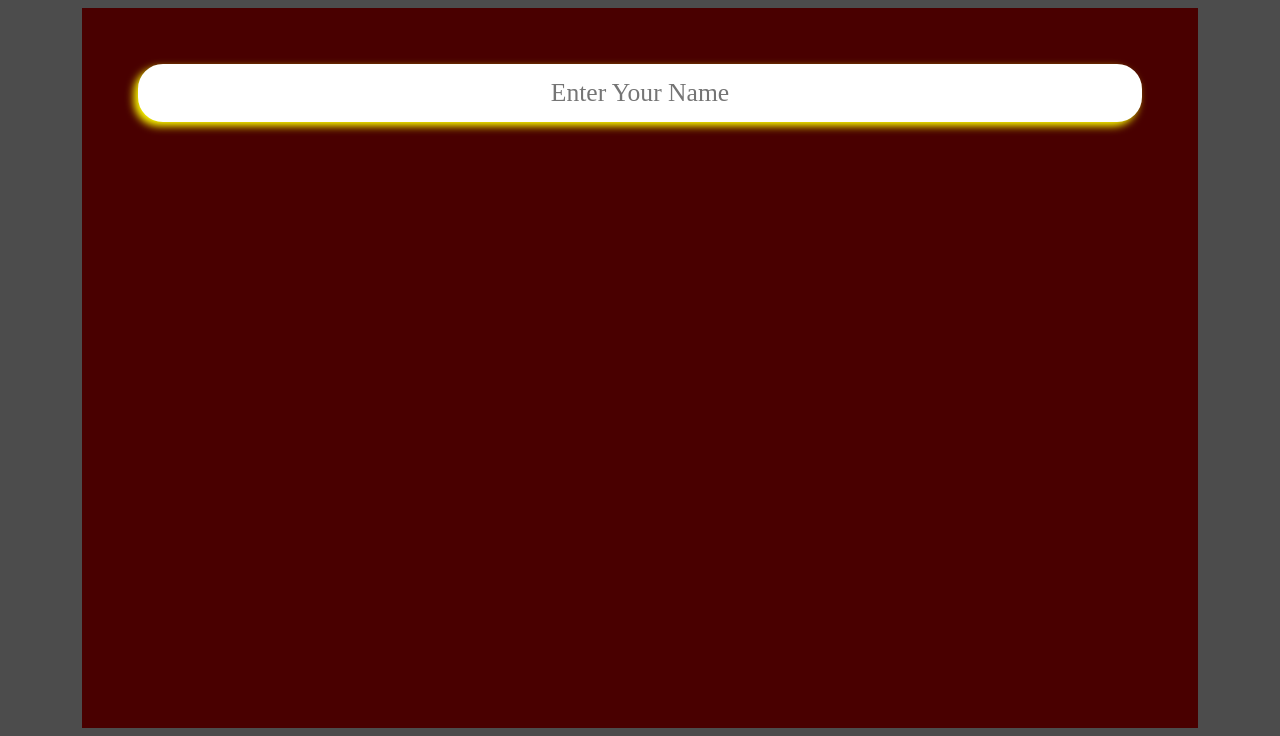
Repository: Haneef-Shaik/Greetings
Page: /
The author's editor kept a copy of each file at every save. The page is drawn from the files as they stood at one save, then again after the next save.
The browser window is 1280 px wide. The pictures show the whole page.
The project was rebuilt for these pictures with package versions that can differ from the ones it lists, and the page was loaded fresh each time. The framework's server and built-in components were replaced by stand-ins that run in the browser. Also part of the build but not shown: next.config.js, styles/card.module.scss, components/card.js, styles/socialShare.module.scss, components/socialShare.js.

Above is the page before, as saved 2021-12-01 20:12:46.

### pages/_app.js
import '../styles/globals.css'
import 'bootstrap/dist/css/bootstrap.css'


function MyApp({ Component, pageProps }) {
  return <Component {...pageProps} />
}

export default MyApp

### pages/index.js
import Card from "../components/card.js";
import {useRouter} from 'next/router';
import Ss from "../components/socialShare"
import InpFrm from "../components/form"

export default function Home() {
  const {query} = useRouter();
  const myurls='https://gratefulprayerthankfulheart.com/wp-content/uploads/2014/12/aquawhitechristmastreegreeting.jpg';

  if(query.length > 0)
  {

    if(query.greeting)
    {
      return (
        <>
          <Card event={query.event} image={query.bgImg} name={query.name} greeting={query.greeting}  />
        </>
          )
    }
    else
    {
      return (
        <>
          <Card event={query.event} image={query.bgImg} name={query.name}  />
        </>
          )
    }

  }
  else
  {
    return (
        <>
          <InpFrm />
        </>
        )
  }
    // return (
    //   <>
        {/* <Card event='Event' image={myurls} name='Name' color='red' greeting="Lorem Ipsum is simply dummy text of the printing and typesetting industry. Lorem Ipsum has been thing software like Aldus PageMaker including versions of Lorem Ipsum."  /> */}
        {/* <Ss mylink="localhost:3000/name=haneef&event=christmas" /> */}
    {/*     <Ss mylink="localhost:3000/name=haneef&event=christmasW&sddsajnodsoduaibdadbksa" /> */}
    //   </>
    //     )

}

### components/form.js
/* eslint-disable no-undef */
import React, {useState,useRef} from 'react'

import 'bootstrap/dist/css/bootstrap.min.css';
import styles from '../styles/form.module.scss';
import IMAGE from 'next/image'


function Edit() {
    return (
        <div className="container-fluid p-2 "  style={{backgroundColor:'#4C4C4C'} }>
            <div className="container">
                <div className="row">
                    <div className="col-12">
                        <div className={styles.formContainer} >
                            <form>
                                <input type="text" placeholder="Enter Your Name" className="col-12 inpName" />
                            </form>
                        </div>
                    </div>
                </div>
            </div>
        </div>
    )
}


class InvitationCard extends React.Component{
    render(){
        return (

                <div className="body p-2" style={{backgroundColor: this.props.c,backgroundImage:`url(${this.props.im})`,backgroundSize:350,backgroundRepeat:'no-repeat'}} >
                    <h1 id="heading" style={{color: this.props.heading}}>{this.props.name}</h1>
                    <p style={{marginTop: "50px",color: this.props.content}}>{this.props.message}</p>
                    <p style={{color: this.props.content}} id="toWhom">{this.props.to}</p>
                </div>
        )
    }

}



export default Edit;

### styles/form.module.scss
.formContainer{
    padding:5%;
    height:100vh;
    background-color:#490000;
    input{
        text-align:center;
        font-family: 'Times New Roman', Times, serif;
        font-size:1.6rem;

        border:5px solid #FFFFFF;
        border-radius:25px;
        background-color:#fff;
        box-shadow: -4px 4px 8px yellow;
        line-height:3rem;

    }
}

Loaded but not shown: pages/api/hello.js (common file); styles/globals.css (common file)

After the next save:
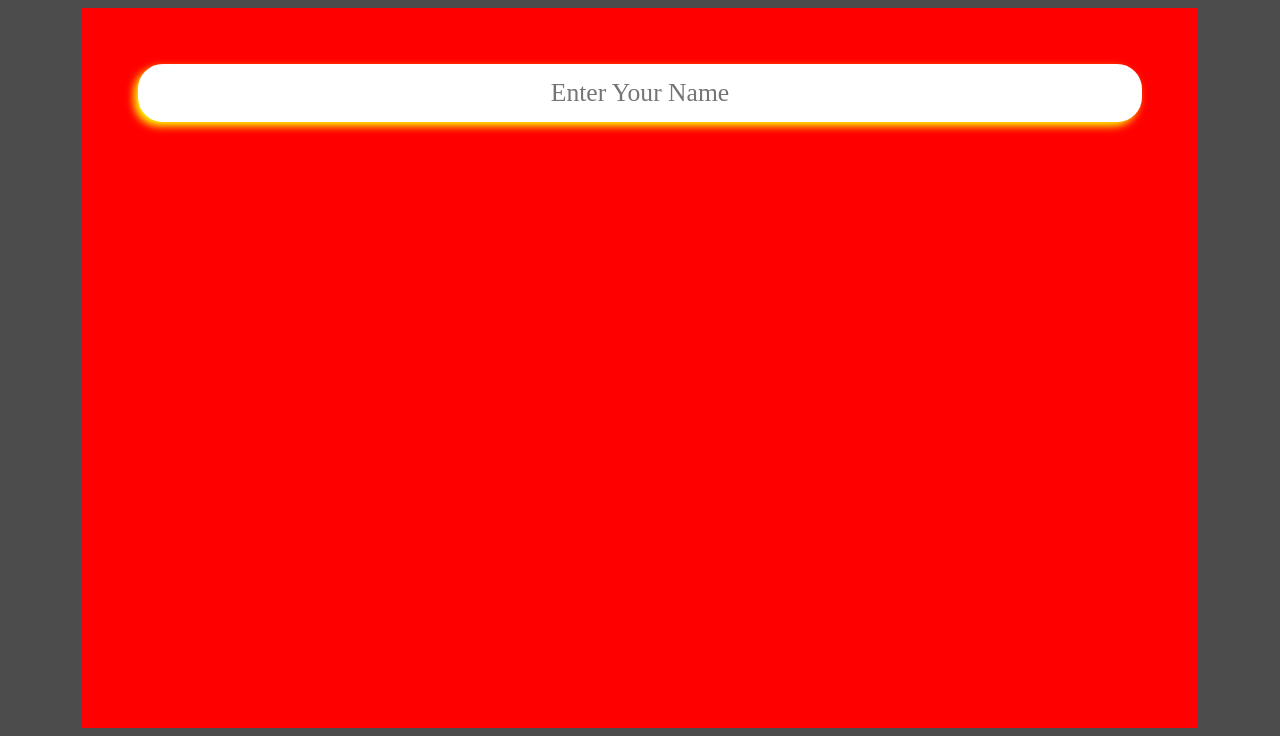
Saved 15 s later.
--- a/styles/form.module.scss
+++ b/styles/form.module.scss
@@ -1,7 +1,7 @@
 .formContainer{
     padding:5%;
     height:100vh;
-    background-color:#490000;
+    background-color:#FF0000;
     input{
         text-align:center;
         font-family: 'Times New Roman', Times, serif;
